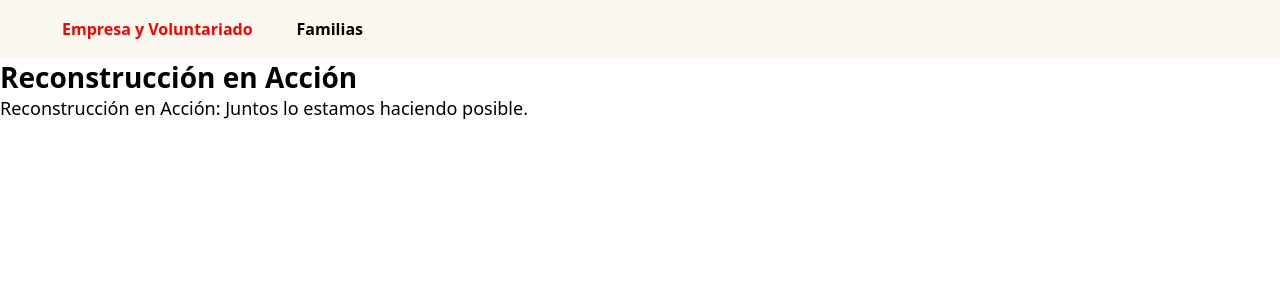
Repository: Synergy-club/reconstruction
Page: /
The author's editor kept a copy of each file at every save. The page is drawn from the files as they stood at one save, then again after the next save.
The browser window is 1280 px wide. The pictures show the whole page.
The project was rebuilt for these pictures with package versions that can differ from the ones it lists, and the page was loaded fresh each time. Also part of the build but not shown: vite.config.js, src/views/Families/Families.jsx.

Above is the page before, as saved 2024-12-10 02:10:31.

After the next save:
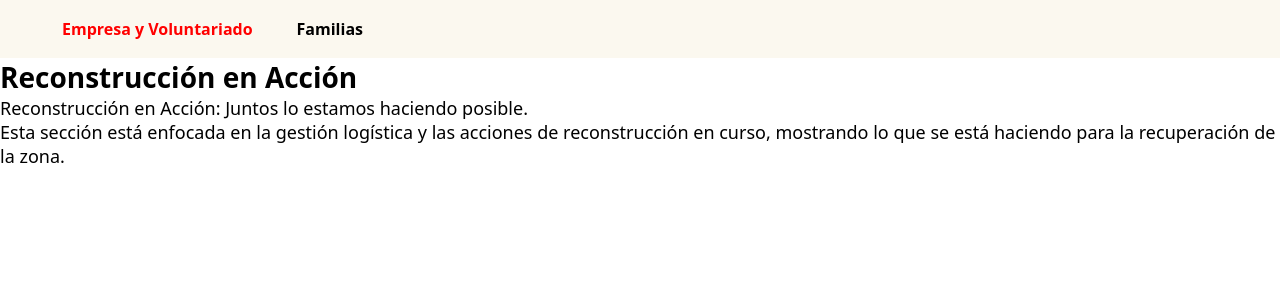
Saved 6 s later.
--- a/src/components/Container/Container.jsx
+++ b/src/components/Container/Container.jsx
@@ -11,6 +11,7 @@ const Container = ({arrayContent}) => {
     </div>
     <article>
       <p>{body.description}</p>
+      <p>{body.description_}</p>
     </article>
 
     </div>
